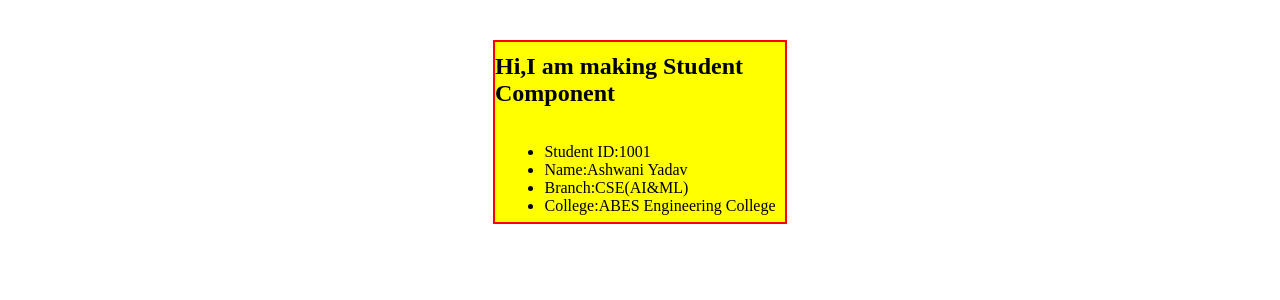
Repository: ashurauza/FSD_Sem5
Page: / (app in FSD_Sem5/CSS/ReactRevisionDOM/)
These files come from the project's save history. The page is drawn as it stood at one moment and after a run of saves; the edit follows.
The browser window is 1280 px wide. The pictures show the whole page.
The project was rebuilt for these pictures with package versions that can differ from the ones it lists, and the page was loaded fresh each time.

Above is the page before, as saved 2025-10-29 15:32:56.

### FSD_Sem5/CSS/ReactRevisionDOM/index.html
<!DOCTYPE html>
<html lang="en">
<head>
    <meta charset="UTF-8">
    <meta name="viewport" content="width=device-width, initial-scale=1.0">
    <title>RevisionDOM</title>
</head>
<body>
    <div id="parent"></div>
    <script src="https://unpkg.com/react@18/umd/react.development.js" crossorigin></script>
    <script src="https://unpkg.com/react-dom@18/umd/react-dom.development.js" crossorigin></script>
    <script src="student.jsx" type="module"></script>

</body>
</html>

### FSD_Sem5/CSS/ReactRevisionDOM/student.jsx



const parent = document.getElementById("parent");
const root = ReactDOM.createRoot(parent);


const h21=<h2>
    Hi,I am making Student Component
</h2>
const li11=<li>Student ID:1001</li>
const li22=<li>Name:Ashwani Yadav </li>
const li33=<li>Branch:CSE(AI&ML)</li>
const li44=<li>College:ABES Engineering College</li>
const ul1=<ul>{[li11,li22,li33,li44]}</ul>
const wrapper1=(
    <>
    {h21}
    {ul1}
    </>
)

const wrapper = React.createElement("div", {style: {height: "180px",
      width: "290px",
      backgroundColor: "yellow",
      border: "2px solid red",
      margin: "40px auto",
      textAlign: "left",
      display: "flex",
      flexDirection: "column",
      justifyContent: "center",
      alignItems: "center"}}, [h21, ul1]);

root.render(wrapper);

After the next 5 saves:
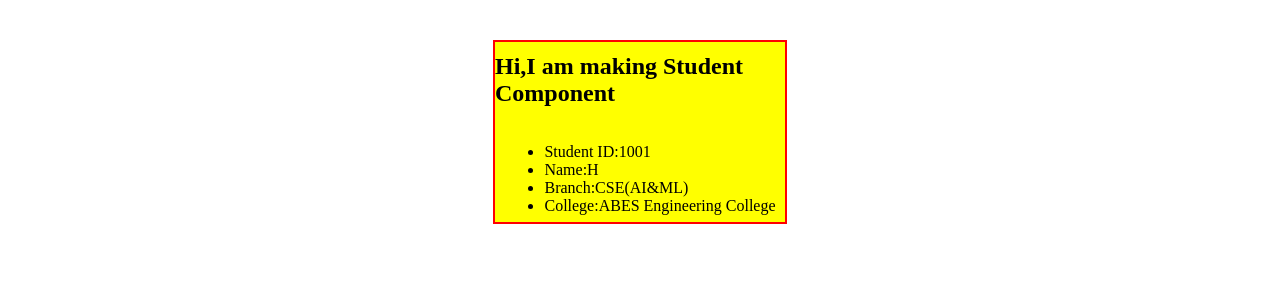
The 5 saves are shown as one change because they came seconds apart.
The last was saved 27 s later.
--- a/FSD_Sem5/CSS/ReactRevisionDOM/student.jsx
+++ b/FSD_Sem5/CSS/ReactRevisionDOM/student.jsx
@@ -9,7 +9,7 @@
     Hi,I am making Student Component
 </h2>
 const li11=<li>Student ID:1001</li>
-const li22=<li>Name:Ashwani Yadav </li>
+const li22=<li>Name:H</li>
 const li33=<li>Branch:CSE(AI&ML)</li>
 const li44=<li>College:ABES Engineering College</li>
 const ul1=<ul>{[li11,li22,li33,li44]}</ul>
